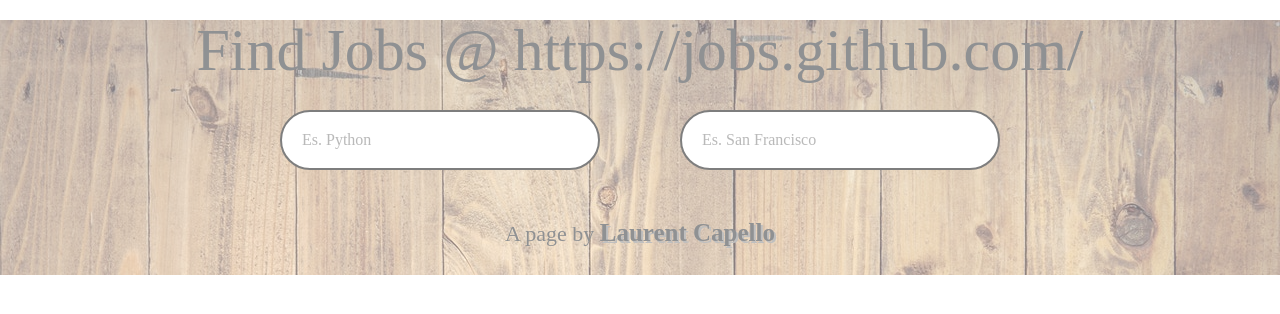
Repository: sokafootball/job-finder
Page: /
These files come from the project's save history. The page is drawn as it stood at one moment and after the next save; the edit follows.
The browser window is 1280 px wide. The pictures show the whole page.
The page's requests for data from a server got no answer. The project was rebuilt for these pictures with package versions that can differ from the ones it lists, and the page was loaded fresh each time. No one was signed in, and anything a server would have sent is missing. Also part of the build but not shown: src/components/JobCard/JobCard.css, src/components/JobCard/JobCard.js.

Above is the page before, as saved 2020-10-22 17:43:20.

After the next save:
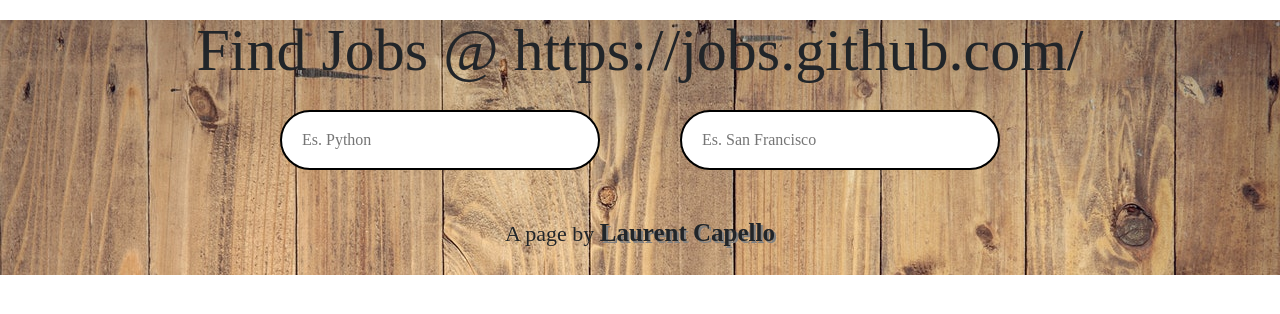
Saved 19 s later.
--- a/src/components/App/App.js
+++ b/src/components/App/App.js
@@ -9,7 +9,6 @@
 
   const style = {
     backgroundImage: `url(${Background})`,
-    opacity: 0.5
   }
 
   return (
